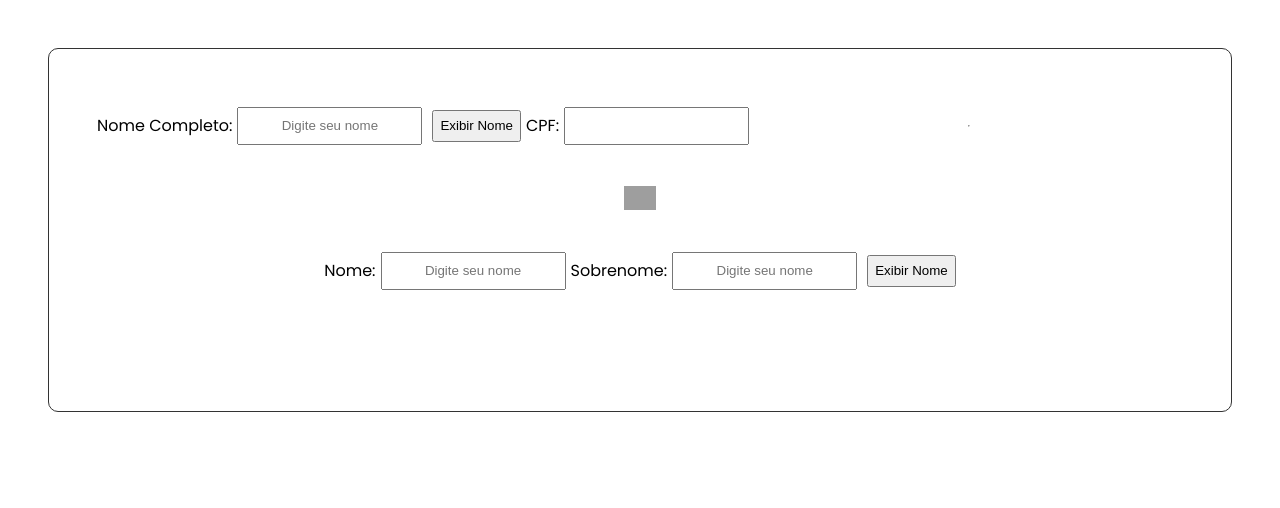
Repository: guilhermecardoso93/exerciciosjs
Page: index.html
These files come from the project's save history. The page is drawn as it stood at one moment and after the next save; the edit follows.
The browser window is 1280 px wide. The pictures show the whole page.
Pictures or frames that could not be fetched are drawn as grey boxes.

Above is the page before, as saved 2023-05-20 12:54:46.

After the next save:
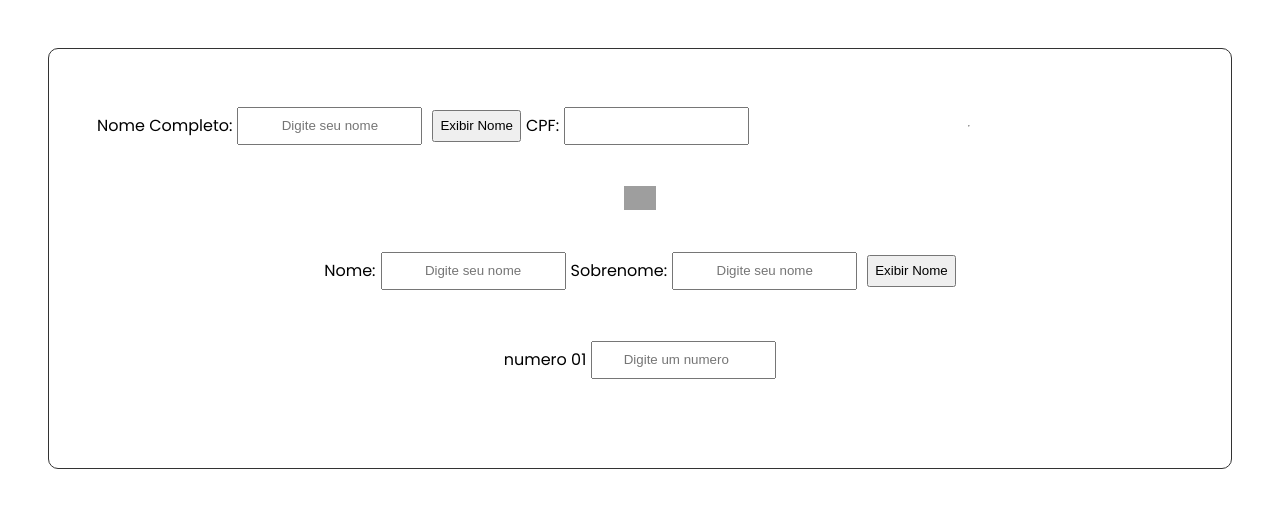
Saved 49 s later.
--- a/index.html
+++ b/index.html
@@ -37,7 +37,9 @@
       <input type="button" value="Exibir Nome" id="exibir-nome-convidado"/>
     </div>
     <div>
-
+      <p>numero 01</p>
+      <input type="number" name="number-1" id="number-1"
+        placeholder="Digite um numero"/>
     </div>
   </body>
   <script src="./script.js"></script>
